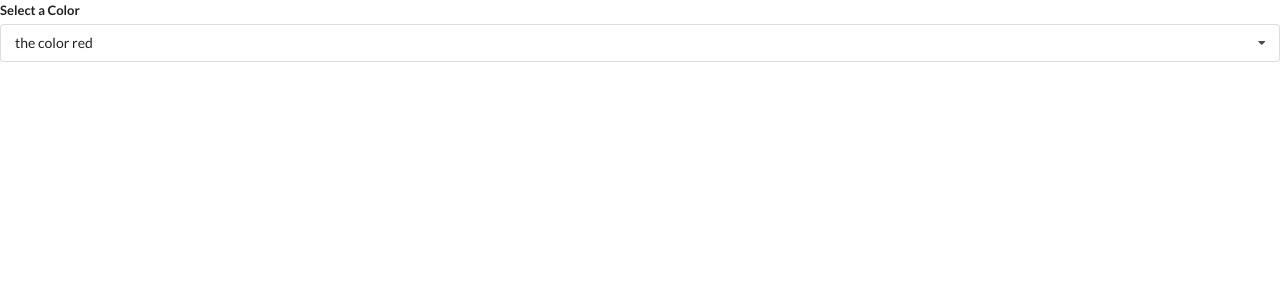
Repository: striver-69/Widjets-App
Page: /
The author's editor kept a copy of each file at every save. The page is drawn from the files as they stood at one save, then again after the next save.
The browser window is 1280 px wide. The pictures show the whole page.
The project was rebuilt for these pictures with package versions that can differ from the ones it lists, and the page was loaded fresh each time. Also part of the build but not shown: src/components/Accordion.js, src/components/Search.js.

Above is the page before, as saved 2021-03-04 15:38:26.

After the next save:
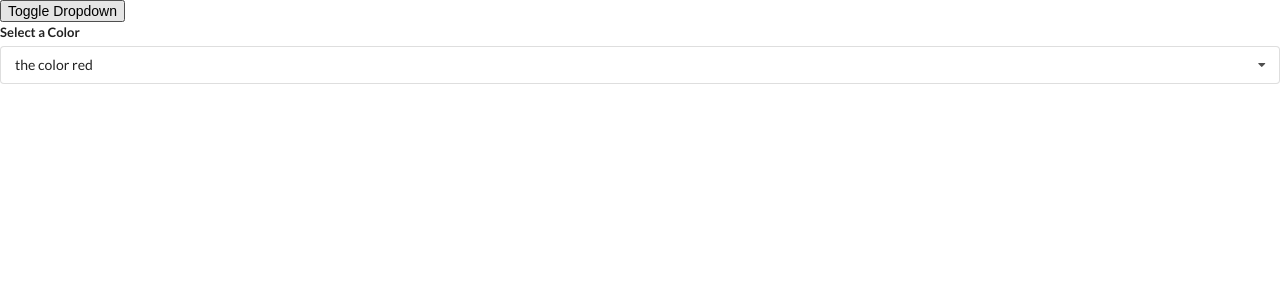
Saved 5 min 13 s later.
--- a/src/App.js
+++ b/src/App.js
@@ -35,8 +35,11 @@ const options=[
 
 export default ()=>{
   const [selected,setSelected]=useState(options[0])
+  const [showDropdown,setshowDropdown]=useState(true)
+
   return (
     <div>
+      <button onClick={()=>setshowDropdown(!showDropdown)}>Toggle Dropdown</button>
       <Dropdown selected={selected} onSelectedChange={setSelected} options={options}/>
     </div>
   )
